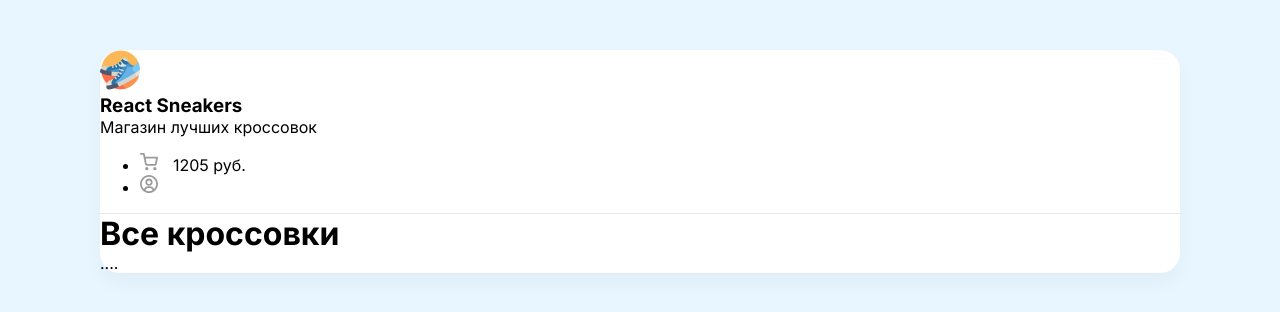
Repository: Insolent13/react-sneakers
Page: /
These files come from the project's save history. The page is drawn as it stood at one moment and after the next save; the edit follows.
The browser window is 1280 px wide. The pictures show the whole page.
The project was rebuilt for these pictures with package versions that can differ from the ones it lists, and the page was loaded fresh each time.

Above is the page before, as saved 2024-07-08 01:05:22.

### public/index.html
<!DOCTYPE html>
<html lang="en">
  <head>
    <meta charset="utf-8" />
    <link rel="icon" href="%PUBLIC_URL%/favicon.ico" />
    <meta name="viewport" content="width=device-width, initial-scale=1" />
    <meta name="theme-color" content="#000000" />
    <meta
      name="description"
      content="Web site created using create-react-app"
    />
    <link rel="apple-touch-icon" href="%PUBLIC_URL%/logo192.png" />
    <!--
      manifest.json provides metadata used when your web app is installed on a
      user's mobile device or desktop. See https://developers.google.com/web/fundamentals/web-app-manifest/
    -->
    <link rel="manifest" href="%PUBLIC_URL%/manifest.json" />
    <!--
      Notice the use of %PUBLIC_URL% in the tags above.
      It will be replaced with the URL of the `public` folder during the build.
      Only files inside the `public` folder can be referenced from the HTML.

      Unlike "/favicon.ico" or "favicon.ico", "%PUBLIC_URL%/favicon.ico" will
      work correctly both with client-side routing and a non-root public URL.
      Learn how to configure a non-root public URL by running `npm run build`.
    -->
    <link rel="preconnect" href="https://fonts.gstatic.com" />
    <link
      href="https://fonts.googleapis.com/css2?family=Inter:wght@400;500;600;700;800&display=swap"
      rel="stylesheet"
    />
    <title>React Sneakers</title>
  </head>
  <body>
    <noscript>You need to enable JavaScript to run this app.</noscript>
    <div id="root"></div>
    <!--
      This HTML file is a template.
      If you open it directly in the browser, you will see an empty page.

      You can add webfonts, meta tags, or analytics to this file.
      The build step will place the bundled scripts into the <body> tag.

      To begin the development, run `npm start` or `yarn start`.
      To create a production bundle, use `npm run build` or `yarn build`.
    -->
  </body>
</html>

### src/index.js
import React from 'react';
import ReactDOM from 'react-dom/client';
import './index.scss';
import 'macro-css';
import App from './App';

const root = ReactDOM.createRoot(document.getElementById('root'));
root.render(
  <React.StrictMode>
    <App />
  </React.StrictMode>
);

### src/index.scss
body {
  margin: 0;
  font-family: 'Inter', system-ui;
  -webkit-font-smoothing: antialiased;
  -moz-osx-font-smoothing: grayscale;
  background-color: #e7f6ff;
}

.wrapper {
  background: #ffffff;
  box-shadow: 0px 10px 20px rgba(0, 0, 0, 0.04);
  border-radius: 20px;
  max-width: 1080px;
  margin: 50px auto;
}

header {
  border-bottom: 1px solid #eaeaea;
  img {
    margin-right: 15px;
  }

  h3,
  p {
    margin: 0;
  }
}

.content {
  h1 {
    margin: 0;
  }
}

### src/App.js
function App() {
  return (
    <div className="wrapper clear">
      <header className="d-flex justify-between align-center p-40">
        <div className="d-flex align-center">
          <img width={40} height={40} src="/img/logo.png" alt=""></img>
          <div>
            <h3 className="text-uppercase">React Sneakers</h3>
            <p>Магазин лучших кроссовок</p>
          </div>
        </div>
        <ul className="d-flex">
          <li className="mr-30">
            <img width={18} height={18} src="/img/cart.svg" alt=""></img>
            <span>1205 руб.</span>
          </li>
          <li>
            <img width={18} height={18} src="/img/user.svg" alt=""></img>
          </li>
        </ul>
      </header>
      <div className="content p-40">
        <h1>Все кроссовки</h1>
        ....
      </div>
    </div>
  );
}

export default App;

After the next save:
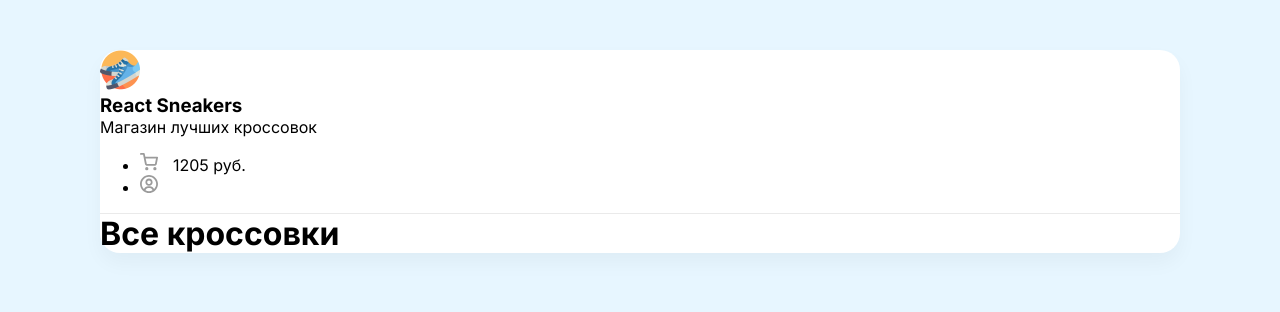
Saved 9 min 7 s later.
--- a/src/App.js
+++ b/src/App.js
@@ -21,7 +21,7 @@
       </header>
       <div className="content p-40">
         <h1>Все кроссовки</h1>
-        ....
+
       </div>
     </div>
   );
